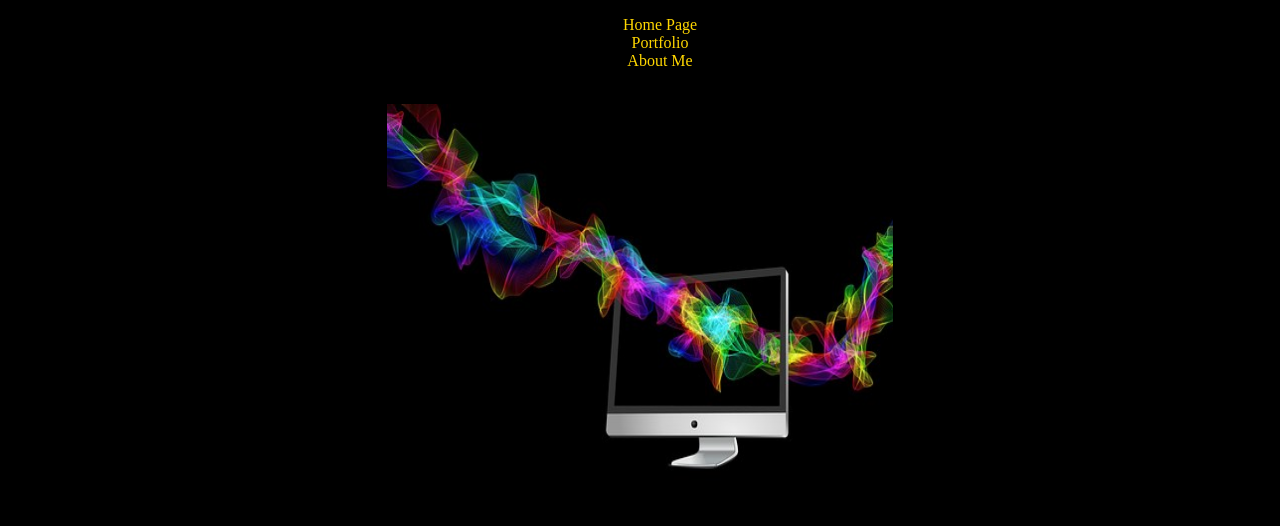
Repository: bluesyrupshed/bluesyrupshed.github.io
Page: index.html
The author's editor kept a record of every edit. The page is drawn from the files as they stood at one moment, then again after the next edit.
The browser window is 1280 px wide. The pictures show the whole page.

Above is the page before.

### index.html
<!DOCTYPE html>
<html>
    <head>
        <title>Home</title>
        <link rel="stylesheet" href="./styles/index.css">
        <link rel="shortcut icon" type="image/x-icon" href="computer favicon.png">
        <style>
             a {
display: block;
width: 113px;
margin: auto;
}
          </style>
        </head>
    <body>
        <ul>
         <center><li><a href="index.html"><class="center">Home Page</h1></a></li></center>
         <center><li><a href="portfolio.html">P<class="center">ortfolio</a></li></center>
          <center><li><a href="about.html"><class="center">About Me</a></li></center>
          </ul>
          <br>


        <img src="smadel.jpg" alt="Computer with particles" width="400" height="400">
    </body>

</html>

### styles/index.css
body {
    background-color: rgb(0,0,0);
    list-style: none;
}

img {
  display: block;
  margin-left: auto;
  margin-right: auto;
  width: 40%;
}

a {
  color: #FFD700;
  text-decoration: none;
  text-align: center;
  margin: auto;
}

After the next edit:
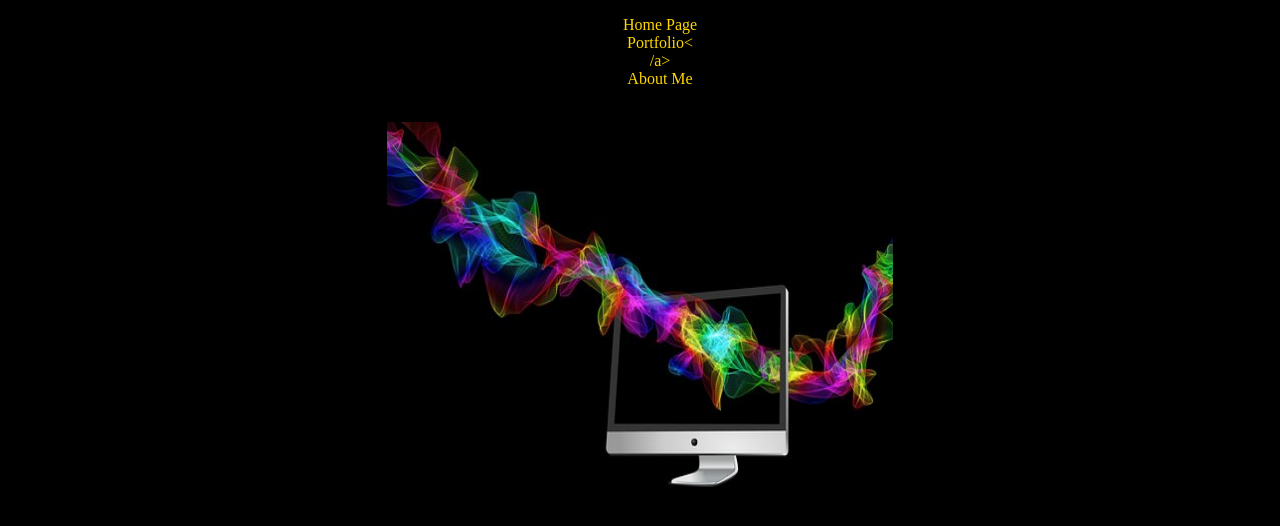
The edit:
--- a/index.html
+++ b/index.html
@@ -14,9 +14,9 @@
         </head>
     <body>
         <ul>
-         <center><li><a href="index.html"><class="center">Home Page</h1></a></li></center>
-         <center><li><a href="portfolio.html">P<class="center">ortfolio</a></li></center>
-          <center><li><a href="about.html"><class="center">About Me</a></li></center>
+         <center><li><a href="index.html">Home Page</h1></a></li></center>
+         <center><center><li><a href="portfolio.html">Portfolio<</center>/a></li></center>
+          <center><li><a href="about.html">About Me</a></li></center>
           </ul>
           <br>
 
